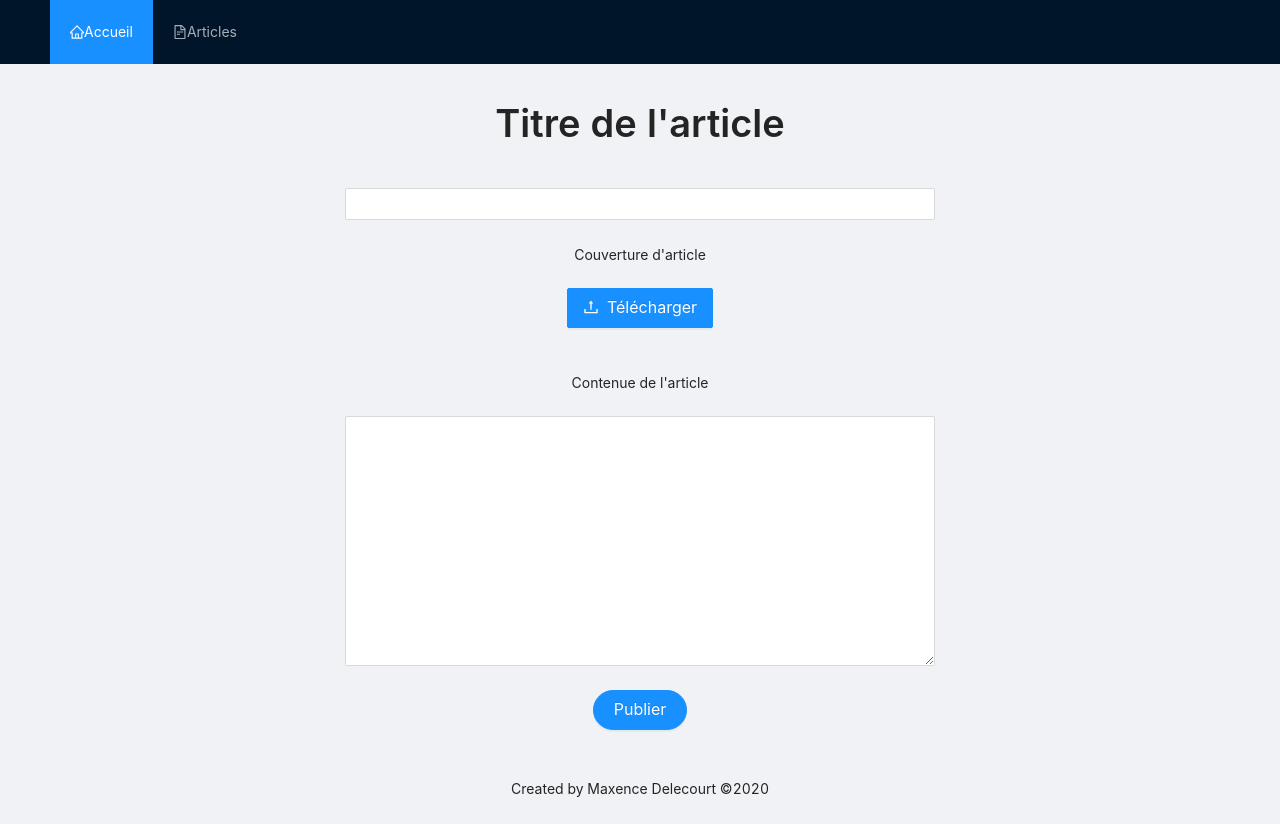
Repository: MaxenceDelecourt/ReactBlog
Page: /AddPost
The author's editor kept a copy of each file at every save. The page is drawn from the files as they stood at one save, then again after a run of saves.
The browser window is 1280 px wide. The pictures show the whole page.
The project was rebuilt for these pictures with package versions that can differ from the ones it lists, and the page was loaded fresh each time. Also part of the build but not shown: src/Accueil/Accueil.js, src/Service/client.js, src/Api/Api.js, src/Post/Post.js, src/PostDescription/PostDescription.js, src/Admin/Admin.js, src/Admin/AdminDashboard.js.

Above is the page before, as saved 2020-06-04 14:20:16.

### public/index.html
<!DOCTYPE html>
<html lang="en">
  <head>
    <meta charset="utf-8" />
    <link rel="icon" href="%PUBLIC_URL%/favicon.ico" />
    <meta name="viewport" content="width=device-width, initial-scale=1" />
    <meta name="theme-color" content="#000000" />
    <meta
      name="description"
      content="Web site created using create-react-app"
    />
    <link rel="apple-touch-icon" href="%PUBLIC_URL%/logo192.png" />
    <!--
      manifest.json provides metadata used when your web app is installed on a
      user's mobile device or desktop. See https://developers.google.com/web/fundamentals/web-app-manifest/
    -->
    <link rel="manifest" href="%PUBLIC_URL%/manifest.json" />
    <!--
      Notice the use of %PUBLIC_URL% in the tags above.
      It will be replaced with the URL of the `public` folder during the build.
      Only files inside the `public` folder can be referenced from the HTML.

      Unlike "/favicon.ico" or "favicon.ico", "%PUBLIC_URL%/favicon.ico" will
      work correctly both with client-side routing and a non-root public URL.
      Learn how to configure a non-root public URL by running `npm run build`.
    -->
    <title>Test Blog</title>
  </head>
  <body>
    <noscript>You need to enable JavaScript to run this app.</noscript>
    <div id="root"></div>
    <!--
      This HTML file is a template.
      If you open it directly in the browser, you will see an empty page.

      You can add webfonts, meta tags, or analytics to this file.
      The build step will place the bundled scripts into the <body> tag.

      To begin the development, run `npm start` or `yarn start`.
      To create a production bundle, use `npm run build` or `yarn build`.
    -->
  </body>
</html>

### src/App.js
import React from 'react';
import 'antd/dist/antd.css'
import './App.css';
import { BrowserRouter as Router, Route } from 'react-router-dom'
import { Layout } from 'antd';
import Navigation from './Navigation/Navigation'
import Accueil from './Accueil/Accueil'
import Post from './Post/Post'
import PostDescription from './PostDescription/PostDescription'
import Admin from './Admin/Admin'
import ModifyPost from './Admin/ModifyPost'
import AdminDashboard from './Admin/AdminDashboard'


const { Header, Footer, Content } = Layout;

function App(){
  return(
    <div className='App'>
        <Layout className="layout">
          <Router>
            <Header style={{position: 'fixed', width: '100%', zIndex:'999'}}>
                <Navigation/>
            </Header>
            <Content style={{ padding: '0 50px', width: '100%', height: '100%', marginTop: 100}}>
              <Route path='/' exact component={Accueil}/>
              <Route path='/Post' exact component={Post}/>
              <Route path='/PostDescription/:slug' exact component={PostDescription}/>
              <Route path='/MaxAdmin' exact component={Admin}/>
              <Route path='/Dashboard' exact component={AdminDashboard}/>
              <Route path='/AddPost' exact component={ModifyPost}/>
            </Content>
          </Router>
          <Footer style={{ textAlign: 'center', bottom: 0, width: '100%'}}>Created by Maxence Delecourt ©2020 </Footer>
      </Layout>
    </div>
  );
}

export default App;

### src/Navigation/Navigation.js
import React from 'react'
import { Menu } from 'antd';
import { Link } from 'react-router-dom'
import { FileTextOutlined, HomeOutlined } from '@ant-design/icons';


const Navigation = () =>{
    return(
        <div>
            <div className="logo" />
            <Menu theme="dark" mode="horizontal" defaultSelectedKeys={['1']}>
                <Menu.Item key="1"><HomeOutlined /><Link to='/'>Accueil</Link></Menu.Item>
                <Menu.Item key="2"><FileTextOutlined /><Link to='/Post'>Articles</Link></Menu.Item>
            </Menu>
        </div>
    );

}

export default Navigation;

### src/Admin/ModifyPost.js
import React from 'react';
import 'antd/dist/antd.css';
import { Form, Input, Button, Col, Upload, Typography } from 'antd';
import { UploadOutlined } from '@ant-design/icons';

const { Title } = Typography

const ModifyPost = () => {
    const onFinish = values => console.log('Success:', values);

    const onFinishFailed = errorInfo => console.log('Failed:', errorInfo);

    return (
        <div>
            <Form name="basic" initialValues={{ remember: true, }} onFinish={onFinish} onFinishFailed={onFinishFailed}>
                <Title>Titre de l'article</Title>
                <br />
                <Col className="gutter-row" span={12} offset={6}>
                    <form>
                        <Form.Item name="username" rules={[{ required: true, message: 'Votre pseudo n\'à pas été entré', },]}>
                            <Input />
                        </Form.Item>
                        <span>Couverture d'article</span>
                        <br />
                        <br />
                        <Upload>
                            <Button size='large' type="primary">
                                <UploadOutlined /> Télécharger
                        </Button>
                        </Upload>
                        <br />
                        <br />
                        <span>Contenue de l'article</span>
                        <br />
                        <br />
                        <Form.Item name='introduction'>
                            <Input.TextArea style={{ height: '250px' }} />
                        </Form.Item>
                        <Form.Item>
                            <Button type="primary" shape="round" size='large' htmlType="submit">
                                Publier
                        </Button>
                        </Form.Item>
                    </form>
                </Col>
            </Form>
        </div>
    );
}

export default ModifyPost;

Loaded but not shown: src/index.js (common file); src/index.css (common file); src/serviceWorker.js (common file); src/App.css (common file)

After the next 4 saves:
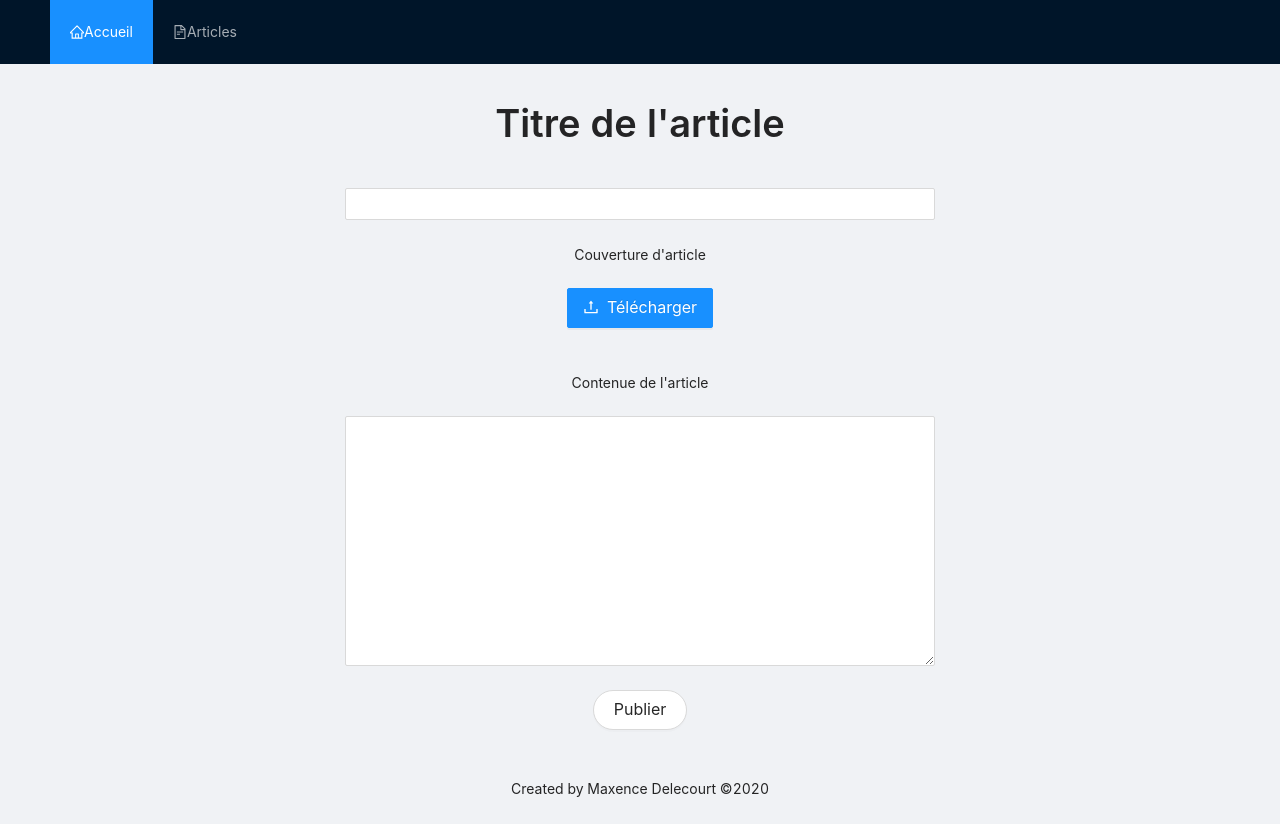
The 4 saves are shown as one change because 2 did not build or start and some came seconds apart.
The last was saved 83 s later.
--- a/src/Admin/ModifyPost.js
+++ b/src/Admin/ModifyPost.js
@@ -37,7 +37,7 @@
                             <Input.TextArea style={{ height: '250px' }} />
                         </Form.Item>
                         <Form.Item>
-                            <Button type="primary" shape="round" size='large' htmlType="submit">
+                            <Button type="primary" shape="round" size='large' type="submit">
                                 Publier
                         </Button>
                         </Form.Item>

After the 2 saves that followed:
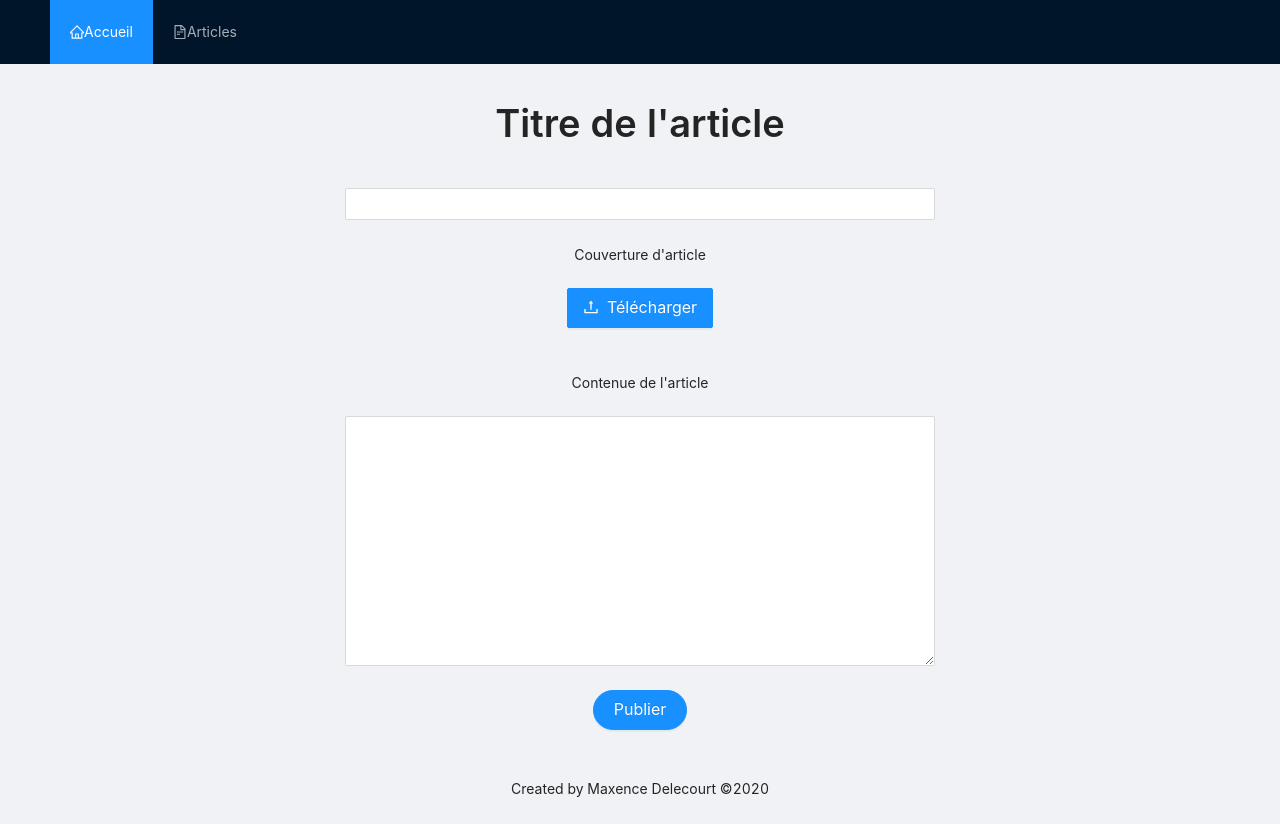
The 2 saves are shown as one change because 1 did not build or start.
The last was saved 19 s later.
--- a/src/Admin/ModifyPost.js
+++ b/src/Admin/ModifyPost.js
@@ -37,7 +37,7 @@
                             <Input.TextArea style={{ height: '250px' }} />
                         </Form.Item>
                         <Form.Item>
-                            <Button type="primary" shape="round" size='large' type="submit">
+                            <Button type="primary" shape="round" size='large' htmlType="submit">
                                 Publier
                         </Button>
                         </Form.Item>
